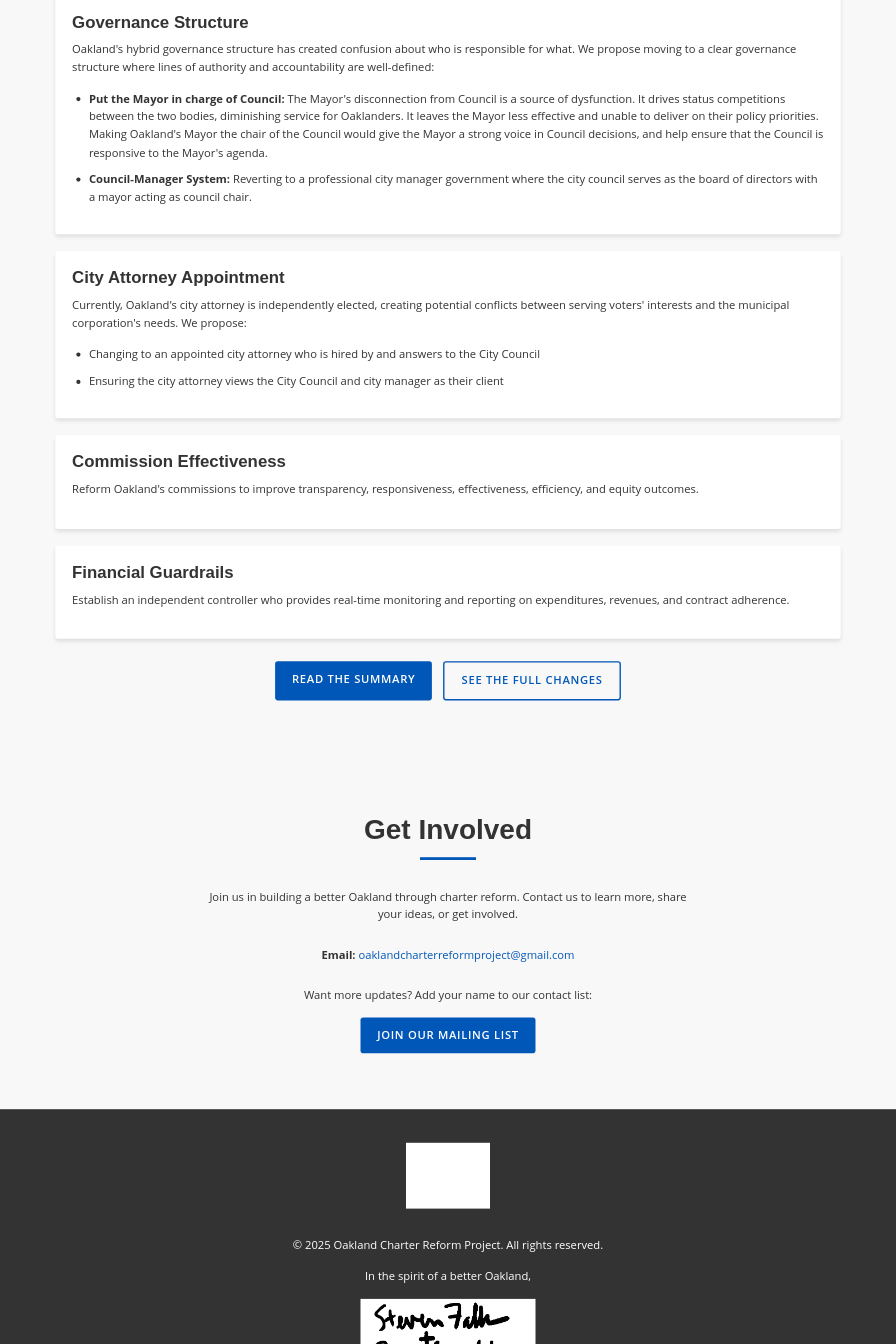
Repository: bgould132/oaklandcharterreform
Page: index.html
An editor plug-in stored every save of this project. The page is shown before and after the next save, followed by the edit.
The browser window is 1280 px wide. The pictures show the part of the page from y = 3491 to 5411 px (the page is 5633 px tall before and 5658 px after), at 70% of full size.

Above is the page before, as saved 2025-04-07 10:13:17.

### index.html
<!DOCTYPE html>
<html lang="en">
<head>
    <meta charset="UTF-8">
    <meta name="viewport" content="width=device-width, initial-scale=1.0">
    <meta name="description" content="Oakland Charter Reform Project - Building a more effective government for Oakland">
    <title>Oakland Charter Reform Project</title>
    <link rel="stylesheet" href="css/styles.css">
    <!-- Font Awesome for icons -->
    <link rel="stylesheet" href="https://cdnjs.cloudflare.com/ajax/libs/font-awesome/6.4.2/css/all.min.css">
</head>
<body>
    <header>
        <div class="container">
            <nav aria-label="Main navigation">
                <div class="logo">
                    <a href="index.html" aria-label="Oakland Charter Reform Project Home">
                        <img src="images/logo/OCRP logo design.jpg" alt="Oakland Charter Reform Project Logo">
                    </a>
                </div>
                <button class="mobile-menu-button" aria-label="Toggle menu" aria-expanded="false" aria-controls="main-menu">
                    <span class="hamburger-icon"></span>
                </button>
                <ul id="main-menu" class="nav-menu">
                    <li><a href="#why-charter-reform" class="active">Why Charter Reform</a></li>
                    <li><a href="#principles">Principles</a></li>
                    <li><a href="#proposed-amendments">Proposed Amendments</a></li>
                    <li><a href="#our-approach">Our Approach</a></li>
                    <li><a href="about.html">About Us</a></li>
                    <li><a href="#contact">Contact</a></li>
                </ul>
            </nav>
        </div>
    </header>

    <main>
        <!-- Hero Section -->
        <section class="hero" aria-labelledby="hero-heading">
            <div class="hero-image">
                <picture>
                    <!-- Smaller image for mobile -->
                    <source srcset="images/Downtown/IMG_7632.jpg" media="(max-width: 768px)">
                    <!-- Larger image for desktop -->
                    <img src="images/Downtown/IMG_7632.jpg" alt="Downtown Oakland skyline view">
                </picture>
                <div class="hero-content">
                    <h1 id="hero-heading">Oakland Charter Reform Project</h1>
                    <p class="tagline">Building a more effective government for Oakland</p>
                    <a href="#why-charter-reform" class="cta-button">Learn More</a>
                </div>
            </div>
        </section>

        <!-- Why Charter Reform Section -->
        <section id="why-charter-reform" class="section" aria-labelledby="why-heading">
            <div class="container">
                <h2 id="why-heading">Why Charter Reform?</h2>
                <div class="section-content">
                    <div class="text-content">
                        <p class="highlight-quote">"Oakland's government is designed to fail."</p>
                        <p>Every stakeholder we've met with – many with decades of experience working for or in partnership with the Oakland city government – told us that Oakland's flawed city charter is either partly or largely responsible for the City's dysfunction.</p>

                        <p>The recent recall of Mayor Sheng Thao represents a peak moment of dissatisfaction with Oakland's government. No other mayor in Oakland's 173-year history has ever been recalled from office. An astonishing 79% of Oakland residents feel the City is on the wrong track.</p>

                        <p>Oakland's "hybrid structure makes it difficult to establish accountability for the effective functioning of government since it leaves open the question of which branch of government is in charge." In other words - the buck stops nowhere.</p>
                    </div>
                    <div class="stat-boxes">
                        <div class="stat-box">
                            <span class="stat-number">79%</span>
                            <p>of Oaklanders think the city is on the wrong track</p>
                        </div>
                        <div class="stat-box">
                            <span class="stat-number">100+</span>
                            <p>stakeholders consulted about charter reform</p>
                        </div>
                    </div>
                </div>
            </div>
        </section>

        <!-- Principles Section -->
        <section id="principles" class="section alt-bg" aria-labelledby="principles-heading">
            <div class="container">
                <h2 id="principles-heading">Our Principles</h2>
                <div class="principles-grid">
                    <div class="principle-card">
                        <div class="principle-icon">
                            <i class="fas fa-balance-scale"></i>
                        </div>
                        <h3>Accountability</h3>
                        <p>Clear lines of responsibility so the buck stops somewhere definite, enabling residents to hold their government accountable.</p>
                    </div>
                    <div class="principle-card">
                        <div class="principle-icon">
                            <i class="fas fa-chart-line"></i>
                        </div>
                        <h3>Effectiveness</h3>
                        <p>A government structure that enables efficient delivery of services and implementation of policies to improve quality of life.</p>
                    </div>
                    <div class="principle-card">
                        <div class="principle-icon">
                            <i class="fas fa-user-friends"></i>
                        </div>
                        <h3>Representation</h3>
                        <p>Ensuring all Oakland residents have their voices heard and interests represented in city government.</p>
                    </div>
                    <div class="principle-card">
                        <div class="principle-icon">
                            <i class="fas fa-search"></i>
                        </div>
                        <h3>Transparency</h3>
                        <p>Open and accessible government processes that allow residents to understand how decisions are made.</p>
                    </div>
                </div>
            </div>
        </section>

        <!-- Our Approach Section -->
        <section id="our-approach" class="section" aria-labelledby="approach-heading">
            <div class="container">
                <h2 id="approach-heading">Our Approach</h2>
                <div class="approach-content">
                    <div class="approach-text">
                        <p>The Oakland Charter Reform Project has conducted extensive research and community engagement to inform our approach to charter reform:</p>

                        <ul class="approach-list">
                            <li>Three focus groups with diverse Oakland stakeholders</li>
                            <li>One-on-one interviews with community members, workers, business leaders, elected officials, and more</li>
                            <li>Special information session with Oakland NAACP leaders</li>
                            <li>Analysis of charter structures in comparable cities</li>
                        </ul>

                        <p>We are exploring options for placing a charter reform measure before voters in June 2026. Why June? Because settling matters about the City's organization in advance of the November 2026 mayoral election will allow candidates to run for a clearly defined role in the new system.</p>
                    </div>
                    <div class="timeline">
                        <div class="timeline-item">
                            <div class="timeline-marker"></div>
                            <div class="timeline-content">
                                <h3>December 2024 - March 2025</h3>
                                <p>Initial research and stakeholder interviews</p>
                            </div>
                        </div>
                        <div class="timeline-item">
                            <div class="timeline-marker"></div>
                            <div class="timeline-content">
                                <h3>April - June 2025</h3>
                                <p>Draft charter amendments and community feedback</p>
                            </div>
                        </div>
                        <div class="timeline-item">
                            <div class="timeline-marker"></div>
                            <div class="timeline-content">
                                <h3>July - December 2025</h3>
                                <p>Gather signatures to place on ballot</p>
                            </div>
                        </div>
                        <div class="timeline-item">
                            <div class="timeline-marker"></div>
                            <div class="timeline-content">
                                <h3>January - May 2026</h3>
                                <p>Organize grassroots campaign</p>
                            </div>
                        </div>
                        <div class="timeline-item">
                            <div class="timeline-marker"></div>
                            <div class="timeline-content">
                                <h3>June 2026</h3>
                                <p>Charter reform measure on ballot</p>
                            </div>
                        </div>
                    </div>
                </div>
            </div>
        </section>

        <!-- Proposed Amendments Section -->
        <section id="proposed-amendments" class="section alt-bg" aria-labelledby="amendments-heading">
            <div class="container">
                <h2 id="amendments-heading">Proposed Amendments</h2>
                <div class="section-content">
                    <div class="text-content">
                        <p>Based on extensive research and stakeholder input, we are exploring the following potential amendments to the Oakland City Charter:</p>

                        <div class="amendment-card">
                            <h3>Governance Structure</h3>
                            <p>Oakland's hybrid governance structure has created confusion about who is responsible for what. We propose moving to a clear governance structure where lines of authority and accountability are well-defined:</p>
                            <ul class="amendment-list">
                                <li><strong>Put the Mayor in charge of Council:</strong> The Mayor's disconnection from Council is a source of dysfunction. It drives status competitions between the two bodies, diminishing service for Oaklanders. It leaves the Mayor less effective and unable to deliver on their policy priorities. Making Oakland's Mayor the chair of the Council would give the Mayor a strong voice in Council decisions, and help ensure that the Council is responsive to the Mayor's agenda.</li>
                                <li><strong>Council-Manager System:</strong> Reverting to a professional city manager government where the city council serves as the board of directors with a mayor acting as council chair.</li>
                            </ul>
                        </div>

                        <div class="amendment-card">
                            <h3>City Attorney Appointment</h3>
                            <p>Currently, Oakland's city attorney is independently elected, creating potential conflicts between serving voters' interests and the municipal corporation's needs. We propose:</p>
                            <ul class="amendment-list">
                                <li>Changing to an appointed city attorney who is hired by and answers to the City Council</li>
                                <li>Ensuring the city attorney views the City Council and city manager as their client</li>
                            </ul>
                        </div>

                        <div class="amendment-card">
                            <h3>Commission Effectiveness</h3>
                            <p>Reform Oakland's commissions to improve transparency, responsiveness, effectiveness, efficiency, and equity outcomes.</p>
                        </div>

                        <div class="amendment-card">
                            <h3>Financial Guardrails</h3>
                            <p>Establish an independent controller who provides real-time monitoring and reporting on expenditures, revenues, and contract adherence.</p>
                        </div>

                        <div class="buttons-container">
                            <a href="#" class="cta-button">Read the Summary</a>
                            <a href="#" class="outline-button">See the Full Changes</a>
                        </div>
                    </div>
                </div>
            </div>
        </section>

        <!-- Contact Section -->
        <section id="contact" class="section alt-bg" aria-labelledby="contact-heading">
            <div class="container">
                <h2 id="contact-heading">Get Involved</h2>
                <div class="contact-content">
                    <p>Join us in building a better Oakland through charter reform. Contact us to learn more, share your ideas, or get involved.</p>
                    <div class="contact-info">
                        <p><strong>Email:</strong> <a href="mailto:oaklandcharterreformproject@gmail.com">oaklandcharterreformproject@gmail.com</a></p>
                        <div class="signup-form">
                            <p>Want more updates? Add your name to our contact list:</p>
                            <a href="#" class="cta-button">Join Our Mailing List</a>
                        </div>
                    </div>
                </div>
            </div>
        </section>
    </main>

    <footer>
        <div class="container">
            <div class="footer-content">
                <div class="footer-logo">
                    <img src="images/logo/OCRP logo design.jpg" alt="Oakland Charter Reform Project Logo" width="120">
                </div>
                <div class="footer-text">
                    <p>&copy; 2025 Oakland Charter Reform Project. All rights reserved.</p>
                    <p>In the spirit of a better Oakland,</p>
                    <div class="signature">
                        <img src="images/logo/steve and ben and nancy signature.jpg" alt="Signatures of Steven Falk, Ben Gould, and Nancy Falk" class="signature-img">
                        <p>Steven Falk, Ben Gould, and Nancy Falk<br>
                        Oakland Charter Reform Project Organizers</p>
                    </div>
                </div>
            </div>
        </div>
    </footer>

    <script src="js/main.js"></script>
</body>
</html>

Loaded but not shown: js/main.js (101 lines, source omitted); css/styles.css (815 lines, source omitted)

After the next save:
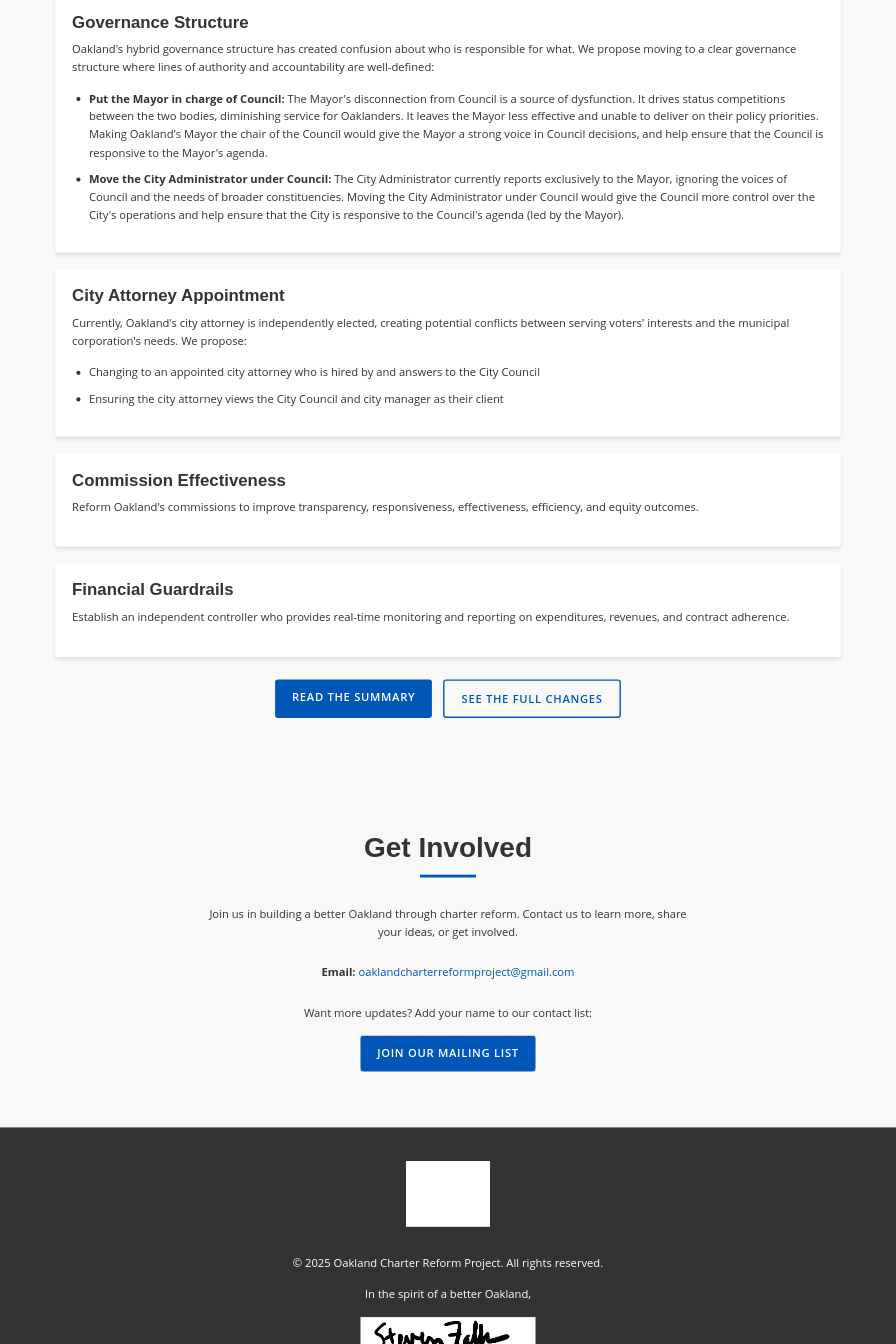
Saved 29 s later.
--- a/index.html
+++ b/index.html
@@ -186,7 +186,7 @@
                             <p>Oakland's hybrid governance structure has created confusion about who is responsible for what. We propose moving to a clear governance structure where lines of authority and accountability are well-defined:</p>
                             <ul class="amendment-list">
                                 <li><strong>Put the Mayor in charge of Council:</strong> The Mayor's disconnection from Council is a source of dysfunction. It drives status competitions between the two bodies, diminishing service for Oaklanders. It leaves the Mayor less effective and unable to deliver on their policy priorities. Making Oakland's Mayor the chair of the Council would give the Mayor a strong voice in Council decisions, and help ensure that the Council is responsive to the Mayor's agenda.</li>
-                                <li><strong>Council-Manager System:</strong> Reverting to a professional city manager government where the city council serves as the board of directors with a mayor acting as council chair.</li>
+                                <li><strong>Move the City Administrator under Council:</strong> The City Administrator currently reports exclusively to the Mayor, ignoring the voices of Council and the needs of broader constituencies. Moving the City Administrator under Council would give the Council more control over the City's operations and help ensure that the City is responsive to the Council's agenda (led by the Mayor).</li>
                             </ul>
                         </div>
 
